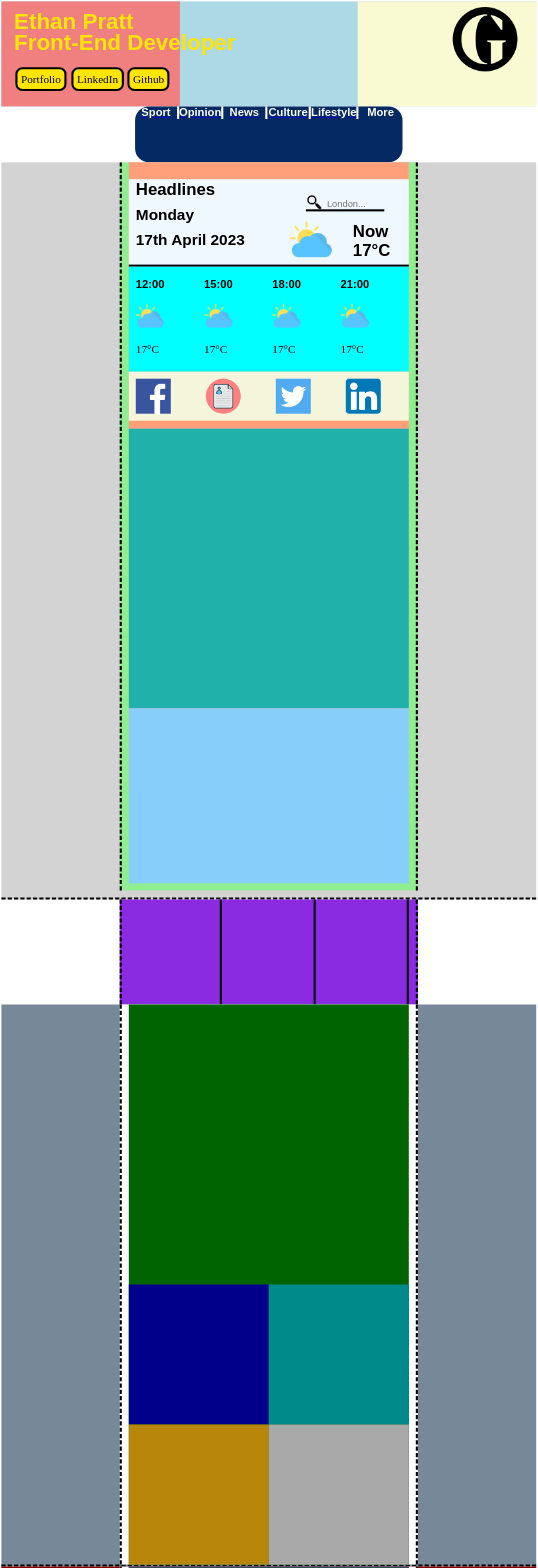
Repository: ghend99/News-Media
Page: index.html
An editor plug-in stored every save of this project. The page is shown before and after a run of saves, followed by the edit.
The browser window is 768 px wide. The pictures show the part of the page from y = 0 to 2240 px (the page is 4375 px tall), at 70% of full size.
Some web fonts or font styles are not loaded; a fallback is used.

Above is the page before, as saved 2023-05-07 15:46:34.

### index.html
<!DOCTYPE html>
<html lang="en">
  <head>
    <meta charset="UTF-8" />
    <meta http-equiv="X-UA-Compatible" content="IE=edge" />
    <meta name="viewport" content="width=device-width, initial-scale=1.0" />

    <link rel="stylesheet" href="style.css" />

    <title>Document</title>
  </head>
  <body>
    <!-- Header Container -->
    <div id="header-container">
      <div id="header-left-section">
        <p class="header-name webpage-header">Ethan Pratt</p>

        <p class="header-job webpage-header">Front-End Developer</p>
        <p class="header-social-link header-social-link-portfolio">Portfolio</p>
        <p class="header-social-link header-social-link-linkedin">LinkedIn</p>
        <p class="header-social-link header-social-link-github">Github</p>
      </div>
      <div id="header-middle-section"></div>
      <div id="header-right-section">
        <img class="header-logo" src="./images/guardian-logo.png" />
        <img
          class="header-logo-mobile"
          src="./images/guardian-logo-mobile.png"
        />
        <p class="header-slogan webpage-header">Newspaper of the year</p>
      </div>
    </div>

    <!-- Navigation Links Container -->
    <div id="navigation-link-container">
      <a href="page2.html">
        <p class="navigation-link webpage-header">Sport</p>
      </a>

      <a href="page2.html">
        <p class="navigation-link webpage-header">Opinion</p>
      </a>

      <a href="page2.html">
        <p class="navigation-link webpage-header">News</p>
      </a>

      <a href="page2.html">
        <p class="navigation-link webpage-header">Culture</p>
      </a>

      <a href="page2.html" id="nav-link">
        <p class="navigation-link webpage-header">Lifestyle</p>
      </a>

      <a>
        <p class="navigation-link webpage-header" id="navigation-link6">More</p>
      </a>
    </div>

    <!-- News Section 1 -->

    <div id="news1-container">
      <div id="news1-wrapper">
        <div id="news1-article-container">
          <div id="news1-weather-container">
            <div id="weather-top-section">
              <p class="weather-container-header webpage-header">Headlines</p>
              <p class="weather-container-day webpage-header">Monday</p>
              <p class="weather-container-date webpage-header">
                17th April 2023
              </p>
              <img src="./images/search-icon-black.png" class="search-icon" />
              <input
                type="text"
                placeholder="London..."
                class="weather-container-location-input"
              />
              <img
                class="weather-location-current-icon"
                src="./images/cloudy.png"
              />
              <p class="weather-location-current-text webpage-header">
                Now <br />17°C
              </p>
            </div>
            <div id="weather-middle-section">
              <div id="weather-middle-section-time1">
                <p class="webpage-header">12:00</p>
                <img src="./images/cloudy.png" class="weather-now-icon" />
                <p>17°C</p>
              </div>
              <div id="weather-middle-section-time2">
                <p class="webpage-header">15:00</p>
                <img src="./images/cloudy.png" class="weather-now-icon" />
                <p>17°C</p>
              </div>
              <div id="weather-middle-section-time3">
                <p class="webpage-header">18:00</p>
                <img src="./images/cloudy.png" class="weather-now-icon" />
                <p>17°C</p>
              </div>
              <div id="weather-middle-section-time4">
                <p class="webpage-header">21:00</p>
                <img src="./images/cloudy.png" class="weather-now-icon" />
                <p>17°C</p>
              </div>
            </div>
            <div id="weather-bottom-section">
              <img
                class="weather-soiclas-link-icon"
                src="./images/facebook.png"
              />
              <img
                class="weather-soiclas-link-icon"
                src="./images/resume-icon.png"
              />
              <img
                class="weather-soiclas-link-icon"
                src="./images/twitter.png"
              />
              <img
                class="weather-soiclas-link-icon"
                src="./images/linekdin.png"
              />
            </div>
          </div>
          <div id="news1-article1-container"></div>
          <div id="news1-article2-container"></div>
        </div>
      </div>
    </div>

    <!-- News Headers -->
    <div id="news-headers">
      <div class="news-header"></div>
      <div class="news-header"></div>
      <div class="news-header"></div>
      <div class="news-header" id="news-header4"></div>
    </div>

    <!-- News Section 2 -->
    <div id="news2-container">
      <div id="news2-wrapper">
        <div id="news2-article-container">
          <div id="news2-article1"></div>
          <div id="news2-article2">
            <div id="news2-article2-article1"></div>
            <div id="news2-article2-article2"></div>
            <div id="news2-article2-article3"></div>
            <div id="news2-article2-article4"></div>
          </div>
        </div>
      </div>
    </div>

    <!-- News Section 3 -->
    <div id="news3-container">
      <div id="news3-wrapper">
        <div id="news3-article-container">
          <div id="news3-article1-container"></div>
          <div id="news3-article2-container"></div>
        </div>
      </div>
    </div>

    <!-- News Section 4 -->
    <div id="news4-container">
      <div id="news4-wrapper">
        <div id="news4-article-container">
          <div id="news4-article1-container-header"></div>
          <div id="news4-article2-container">
            <div id="news4-article2-article1"></div>
            <div id="news4-article2-article2"></div>
            <div id="news4-article2-article3"></div>
            <div id="news4-article2-article4"></div>
          </div>
        </div>
      </div>
    </div>

    <!-- News Section 5 -->
    <div id="news5-container">
      <div id="news5-wrapper">
        <div id="news5-article-container">
          <div id="news5-article1-container"></div>
          <div id="news5-article2-container"></div>
        </div>
      </div>
    </div>

    <!-- Footer -->
    <div id="footer-container">
      <div id="footer-wrapper">
        <div id="footer-content-container">
          <div id="footer-navigation-link-container">
            <a href="page2.html">
              <p class="navigation-link webpage-header"></p>
            </a>

            <a href="page2.html">
              <p class="navigation-link webpage-header"></p>
            </a>

            <a href="page2.html">
              <p class="navigation-link webpage-header"></p>
            </a>

            <a href="page2.html">
              <p class="navigation-link webpage-header"></p>
            </a>

            <a href="page2.html" id="nav-link">
              <p class="navigation-link webpage-header"></p>
            </a>

            <a>
              <p
                class="navigation-link webpage-header"
                id="navigation-link6"
              ></p>
            </a>
          </div>
          <div id="footer-section2">
            <div id="footer-section2-section1"></div>
            <div id="footer-section2-section2"></div>
            <div id="footer-section2-section3"></div>
            <div id="footer-section2-section4"></div>
            <div id="footer-section2-section5"></div>
          </div>
        </div>
      </div>
    </div>
  </body>
</html>

### style.css
@import url("https://fonts.googleapis.com/css2?family=Signika+Negative:wght@600&display=swap");

body {
  margin: 2px;
}

.webpage-header {
  font-family: "Signika Negative", sans-serif;
  font-weight: bold;
}

#header-container {
  display: grid;
  grid-template-columns: 1fr 1fr 1fr;
  grid-template-rows: 1fr;
  width: 100%;
  min-width: 310px;
  max-height: 300px;
  min-height: 150px;
  background-color: lightblue;
}

#header-left-section {
  background-color: lightcoral;
}

.header-name {
  position: absolute;
  color: #ffe500;
  font-size: 32px;
  left: 20px;
  top: -20px;
}

.header-job {
  position: absolute;
  color: #ffe500;
  font-size: 32px;
  left: 20px;
  top: 10px;
}

.header-social-link {
  position: absolute;
  border: solid;
  padding: 5px;
  background-color: #ffe500;
  width: fit-content;
  border-radius: 10px;
}

.header-social-link-portfolio {
  top: 80px;
  margin-left: 20px;
}

.header-social-link-linkedin {
  top: 80px;
  margin-left: 100px;
}

.header-social-link-github {
  top: 80px;
  margin-left: 180px;
}

#header-right-section {
  background-color: lightgoldenrodyellow;
}

.header-logo {
  position: absolute;
  width: 400px;
  margin-left: 50px;
  right: 140px;
  top: 20px;
}

.header-logo-mobile {
  display: none;
}

.header-slogan {
  position: absolute;
  width: 400px;
  margin-left: 50px;
  right: 80px;
  top: 60px;
  font-size: 26px;
  color: #ffe500;
}

#navigation-link-container {
  position: relative;
  display: grid;
  grid-template-columns: 1fr 1fr 1fr 1fr 1fr 1fr;
  grid-template-rows: 1fr;
  max-height: 200px;
  min-height: 80px;
  width: 50%;
  min-width: 310px;
  left: 50%;
  transform: translate(-50%);
  background-color: #052962;
  border-radius: 20px;
  text-align: center;
}

.navigation-link {
  border-right: solid;
  border-color: white;
  margin-top: auto;
  margin-bottom: auto;
  color: white;
}

#navigation-link6 {
  border-right: none;
}

#news1-container {
  /* width: 100%;
  min-width: 304px; */
  max-height: 1000px;
  min-height: 800px;
  background-color: lightgray;
  border-bottom: dashed;
}

#news1-wrapper {
  position: relative;
  left: 50%;
  transform: translate(-50%);
  background-color: lightgreen;
  max-width: 50%;
  min-width: 800px;
  max-height: 900px;
  min-height: 800px;
  border-left: dashed;
  border-right: dashed;
  padding-left: 10px;
  padding-right: 10px;
}

#news1-article-container {
  position: relative;
  display: grid;
  grid-template-columns: 0.5fr 1.5fr 0.7fr;
  grid-template-rows: 1fr;
  width: 100%;
  min-width: 304px;
  max-height: 900px;
  min-height: 800px;
  background-color: lightpink;
}

#news1-weather-container {
  display: grid;
  grid-template-columns: 1fr;
  grid-template-rows: 0.7fr 1fr 1fr;
  background-color: lightsalmon;
  height: 450px;
}

#weather-top-section {
  background-color: aliceblue;
  border-bottom: solid;
  padding-left: 10px;
}

.weather-container-header {
  font-size: 24px;
  margin-bottom: 0;
}

.weather-container-day {
  font-size: 22px;
  margin-top: 10px;
  margin-bottom: 0;
}

.weather-container-date {
  font-size: 22px;
  margin-top: 10px;
}

.search-icon {
  position: absolute;
  top: 147px;
  width: 20px;
  left: 10px;
}

.weather-container-location-input {
  text-decoration: none;
  border: none;
  border-bottom: solid;
  background-color: transparent;
  padding-left: 30px;
  margin-left: 5px;
  margin-right: 5px;
  max-width: 200px;
  min-width: 50px;
}

.weather-location-current-icon {
  width: 80px;
}

.weather-location-current-text {
  position: absolute;
  font-size: 24px;
  top: 160px;
  left: 100px;
}
#weather-middle-section {
  background-color: aqua;
  display: grid;
  grid-template-columns: 1fr 1fr 1fr 1fr;
  grid-template-rows: 1fr;
  padding-left: 10px;
}

.weather-now-icon {
  width: 40px;
}

#weather-bottom-section {
  background-color: beige;
  display: grid;
  grid-template-columns: 1fr 1fr 1fr 1fr;
  grid-template-rows: 1fr;
}

.weather-soiclas-link-icon {
  width: 50px;
  padding: 10px;
}

#news1-article1-container {
  background-color: lightseagreen;
}

#news1-article2-container {
  background-color: lightskyblue;
}

#news-headers {
  position: relative;
  display: grid;
  grid-template-columns: 1fr 1fr 1fr 1fr;
  grid-template-rows: 1fr;
  max-height: 250px;
  min-height: 150px;
  left: 50%;
  transform: translate(-50%);
  width: 50%;
  min-width: 800px;
  background-color: blueviolet;
  border-left: dashed;
  border-right: dashed;
  padding-left: 10px;
  padding-right: 10px;
}

.news-header {
  border-right: solid;
}

#news-header4 {
  border-right: none;
}

#news2-container {
  /* width: 100%;
  min-width: 304px; */
  max-height: 800px;
  min-height: 620px;
  background-color: lightslategray;
  border-bottom: dashed;
}

#news2-wrapper {
  position: relative;
  left: 50%;
  transform: translate(-50%);
  background-color: white;
  max-width: 50%;
  min-width: 800px;
  max-height: 800px;
  min-height: 605px;
  border-left: dashed;
  border-right: dashed;
  padding-left: 10px;
  padding-right: 10px;
}

#news2-article-container {
  position: relative;
  display: grid;
  grid-template-columns: 1fr 1fr;
  grid-template-rows: 1fr;
  width: 100%;
  min-width: 304px;
  max-height: 900px;
  min-height: 600px;
  background-color: darkgreen;
}

#news2-article1 {
  min-height: 400px;
}

#news2-article2 {
  display: grid;
  grid-template-columns: 1fr 1fr;
  grid-template-rows: 1fr 1fr;
}

#news2-article2-article1 {
  background-color: darkblue;
}

#news2-article2-article2 {
  background-color: darkcyan;
}

#news2-article2-article3 {
  background-color: darkgoldenrod;
}

#news2-article2-article4 {
  background-color: darkgray;
}

#news3-container {
  max-height: 800px;
  min-height: 620px;
  background-color: darkred;
  border-bottom: dashed;
}

#news3-wrapper {
  position: relative;
  left: 50%;
  transform: translate(-50%);
  background-color: white;
  max-width: 50%;
  min-width: 800px;
  max-height: 800px;
  min-height: 605px;
  border-left: dashed;
  border-right: dashed;
  padding-left: 10px;
  padding-right: 10px;
}

#news3-article-container {
  display: grid;
  grid-template-columns: 0.6fr 1fr;
  grid-template-rows: 1fr;
  background-color: darkmagenta;
  width: 100%;
  min-width: 304px;
  max-height: 900px;
  min-height: 600px;
}

#news3-article1-container {
  background-color: darkslategray;
}

#news3-article2-container {
  background-color: darksalmon;
}

#news4-container {
  max-height: 550px;
  min-height: 400px;
  background-color: darkviolet;
  border-bottom: dashed;
}

#news4-wrapper {
  position: relative;
  left: 50%;
  transform: translate(-50%);
  background-color: white;
  max-width: 50%;
  min-width: 800px;
  max-height: 800px;
  min-height: 400px;
  border-left: dashed;
  border-right: dashed;
  padding-left: 10px;
  padding-right: 10px;
}

#news4-article-container {
  display: grid;
  grid-template-columns: 0.4fr 1fr;
  grid-template-rows: 1fr;
  width: 100%;
  min-width: 304px;
  max-height: 900px;
  min-height: 500px;
  background-color: darkolivegreen;
}

#news4-article2-container {
  display: grid;
  grid-template-columns: 1fr 1fr;
  grid-template-rows: 1fr 1fr;
}

#news4-article2-article1 {
  background-color: lightblue;
}

#news4-article2-article2 {
  background-color: lightcoral;
}

#news4-article2-article3 {
  background-color: lightgoldenrodyellow;
}

#news4-article2-article4 {
  background-color: lightgray;
}

#news5-container {
  max-height: 340px;
  min-height: 300px;
  background-color: darkviolet;
  border-bottom: dashed;
}

#news5-wrapper {
  position: relative;
  left: 50%;
  transform: translate(-50%);
  background-color: white;
  max-width: 50%;
  min-width: 800px;
  max-height: 800px;
  min-height: 300px;
  border-left: dashed;
  border-right: dashed;
  padding-left: 10px;
  padding-right: 10px;
}

#news5-article-container {
  display: grid;
  grid-template-columns: 1.8fr 1fr;
  grid-template-rows: 1fr;
  width: 100%;
  min-width: 304px;
  max-height: 900px;
  min-height: 340px;
}

#news5-article1-container {
  background-color: lightgray;
}

#news5-article2-container {
  background-color: darkmagenta;
}

#footer-container {
  max-height: 700px;
  min-height: 500px;
  background-color: #052962;
  border-bottom: dashed;
}

#footer-wrapper {
  position: relative;
  left: 50%;
  transform: translate(-50%);
  background-color: darkgreen;
  max-width: 50%;
  min-width: 800px;
  max-height: 800px;
  min-height: 500px;
  border-left: solid;
  border-right: solid;
  border-bottom: solid;
  padding-left: 10px;
  padding-right: 10px;
}

#footer-content-container {
  display: grid;
  grid-template-columns: 1fr;
  grid-template-rows: 0.2fr 1fr;
  background-color: darkmagenta;
  width: 100%;
  min-width: 304px;
  max-height: 900px;
  min-height: 600px;
}

#footer-navigation-link-container {
  display: grid;
  grid-template-columns: 1fr 1fr 1fr 1fr 1fr 1fr;
  background-color: lightsteelblue;
}

#footer-section2 {
  display: grid;
  grid-template-columns: 1.2fr 0.6fr 0.6fr 0.6fr 1fr;
  grid-template-rows: 1fr;
}

#footer-section2-section1 {
  background-color: bisque;
}

#footer-section2-section2 {
  background-color: lightcoral;
}

#footer-section2-section3 {
  background-color: lightsalmon;
}

#footer-section2-section4 {
  background-color: lightseagreen;
}

#footer-section2-section5 {
  background-color: darkorange;
}

@media screen and (min-width: 0) and (max-width: 1467px) {
  #news2-article-container {
    grid-template-columns: 1fr;
    grid-template-rows: 1fr 1fr;
    min-height: 700px;
  }
}

@media screen and (min-width: 0) and (max-width: 819px) {
  .header-logo {
    display: none;
  }

  .header-logo-mobile {
    position: absolute;
    display: flex;
    right: 0;
    top: 10px;
    width: 150px;
  }

  .header-slogan {
    display: none;
  }

  #news1-container {
    min-height: 1050px;
    border-bottom: dashed;
  }

  #news1-wrapper {
    min-width: 400px;
    min-height: 1040px;
  }

  #news1-article-container {
    display: block;
  }

  #news1-weather-container {
    display: inline-block;
    min-width: 100%;
    height: 380px;
  }

  .search-icon {
    /* display: none; */
    position: absolute;
    left: 255px;
    top: 47px;
  }

  .weather-container-location-input {
    /* display: none; */
    position: absolute;
    right: 30px;
    top: 50px;
    width: 80px;
  }

  .weather-location-current-icon {
    position: absolute;
    right: 110px;
    top: 80px;
    width: 60px;
    /* display: none; */
  }

  .weather-location-current-text {
    /* display: none; */
    position: absolute;
    left: 320px;
    top: 60px;
    width: 40px;
  }

  #weather-middle-section {
    height: 150px;
  }

  #news1-article1-container {
    grid-template-columns: 1fr;
    grid-template-rows: 1fr 1fr;
    min-width: 100%;
    min-height: 400px;
  }

  #news1-article2-container {
    display: inline-block;
    min-width: 100%;
    min-height: 250px;
  }

  #news-headers {
    grid-template-columns: 1fr 1fr 1fr;
    min-width: 400px;
    /* display: none; */
  }

  #news2-wrapper {
    min-width: 400px;
    /* display: none; */
  }

  #news3-wrapper {
    min-width: 400px;
  }

  #news3-article-container {
    display: grid;
    grid-template-columns: 1fr;
    grid-template-rows: 1fr 1fr;
  }

  #news4-wrapper {
    min-width: 400px;
  }

  #news4-article-container {
    grid-template-columns: 1fr;
    grid-template-rows: 0.2fr 1fr;
  }

  #news5-wrapper {
    min-width: 400px;
    min-height: 400px;
  }

  #news5-container {
    min-height: 400px;
  }

  #news5-article-container {
    grid-template-columns: 1fr;
    grid-template-rows: 1fr 1fr;
    min-height: 400px;
  }

  #footer-wrapper {
    min-width: 400px;
  }

  #footer-section2 {
    grid-template-columns: 1fr 1fr 1fr;
    grid-template-rows: 1fr;
  }
}

@media screen and (min-width: 0) and (max-width: 425px) {
  #header-container {
    grid-template-columns: 1fr 1fr;
  }

  .search-icon {
    left: 165px;
  }

  .weather-location-current-icon {
    left: 180px;
  }

  .weather-location-current-text {
    left: 250px;
  }

  #news1-wrapper {
    min-width: 310px;
    border: none;
    padding: 0;
  }

  #news-headers {
    grid-template-columns: 1fr 1fr;
    min-width: 310px;
    border: none;
    padding: 0;
  }

  .navigation-link {
    font-size: 12px;
  }

  #news2-wrapper {
    min-width: 310px;
    border: none;
    padding: 0;
  }

  #news3-wrapper {
    min-width: 310px;
    border: none;
    padding: 0;
  }

  #news4-wrapper {
    min-width: 310px;
    border: none;
    padding: 0;
  }

  #news5-wrapper {
    min-width: 310px;
    border: none;
    padding: 0;
  }

  #footer-wrapper {
    min-width: 310px;
    border: none;
    padding: 0;
  }
}

After the next 2 saves:
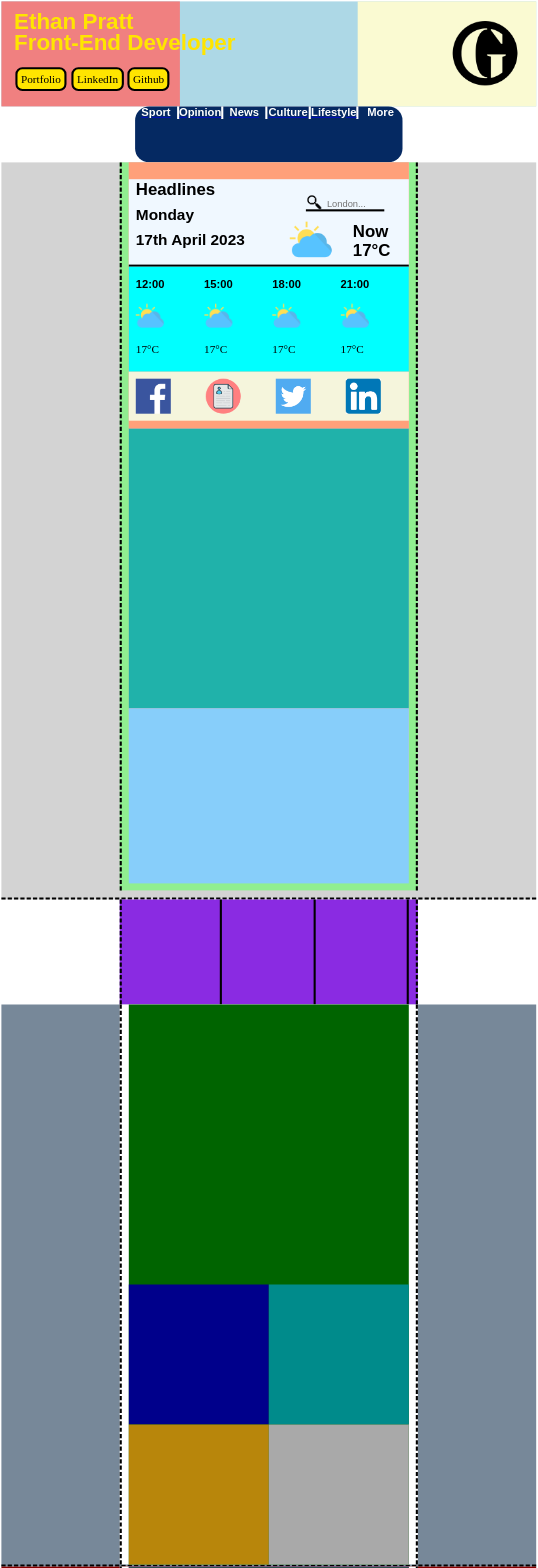
The 2 saves are shown as one change because they came seconds apart.
The last was saved 13 s later.
--- a/style.css
+++ b/style.css
@@ -552,7 +552,7 @@
     position: absolute;
     display: flex;
     right: 0;
-    top: 10px;
+    top: 30px;
     width: 150px;
   }
 
